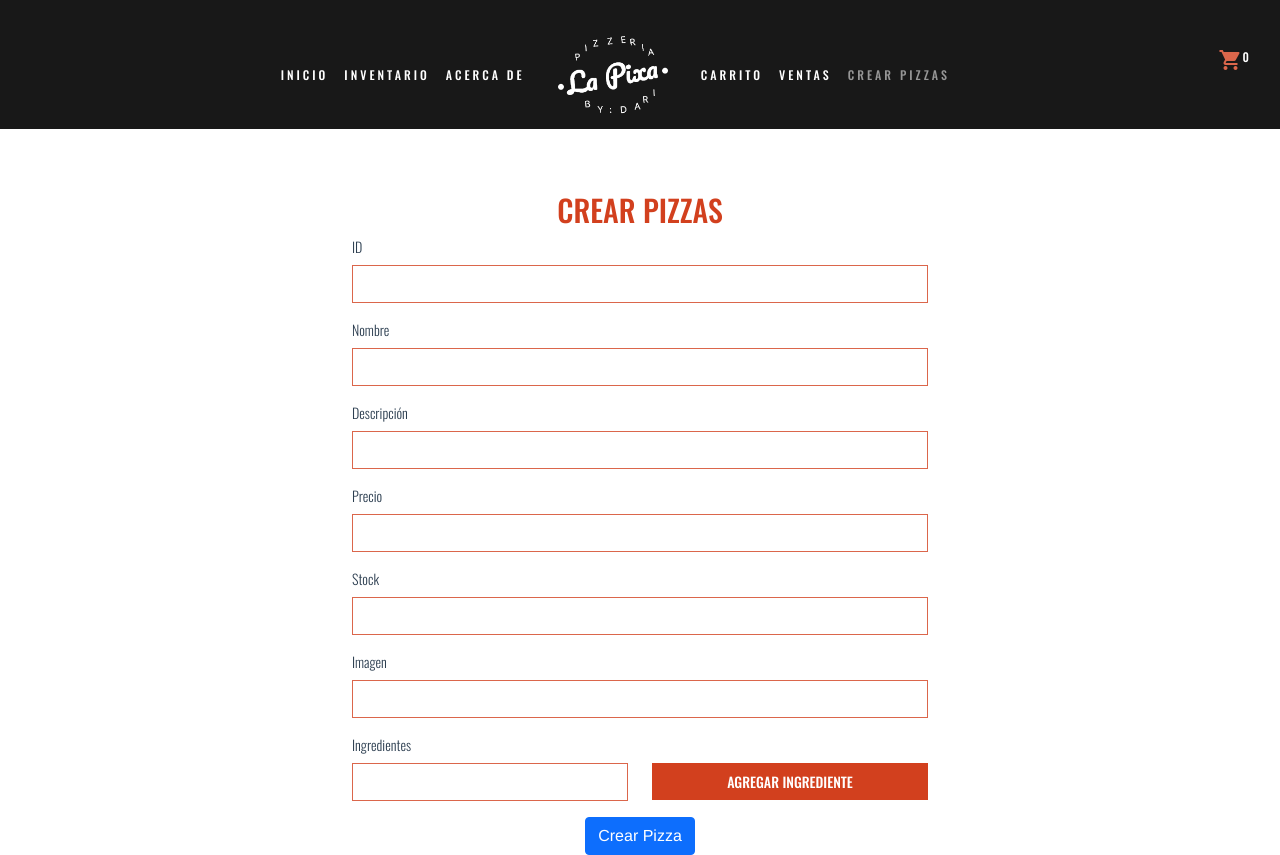
Repository: Darigo30/prueba-vue-dari-pizza
Page: /crearPizzas
An editor plug-in stored every save of this project. The page is shown before and after the next save, followed by the edit.
The browser window is 1280 px wide. The pictures show the whole page.
The project was rebuilt for these pictures with package versions that can differ from the ones it lists, and the page was loaded fresh each time. Also part of the build but not shown: src/views/Home.vue.

Above is the page before, as saved 2021-05-23 22:52:59.

### public/index.html
<!DOCTYPE html>
<html lang="">
  <head>
    <meta charset="utf-8">
    <meta http-equiv="X-UA-Compatible" content="IE=edge">
    <meta name="viewport" content="width=device-width,initial-scale=1.0">
    <link rel="icon" href="<%= BASE_URL %>favicon.ico">
    <link href="https://cdn.jsdelivr.net/npm/bootstrap@5.0.0/dist/css/bootstrap.min.css" rel="stylesheet" integrity="sha384-wEmeIV1mKuiNpC+IOBjI7aAzPcEZeedi5yW5f2yOq55WWLwNGmvvx4Um1vskeMj0" crossorigin="anonymous">
    <link href="https://fonts.googleapis.com/icon?family=Material+Icons"
      rel="stylesheet">
      <link rel="preconnect" href="https://fonts.gstatic.com">
      <link href="https://fonts.googleapis.com/css2?family=Oswald:wght@300;500&display=swap" rel="stylesheet">
    <title>Pizzeria La Pixa</title>
  </head>
  <body>
    <noscript>
      <strong>We're sorry but doesn't work properly without JavaScript enabled. Please enable it to continue.</strong>
    </noscript>
    <div id="app"></div>
    <script src="https://cdn.jsdelivr.net/npm/bootstrap@5.0.0/dist/js/bootstrap.bundle.min.js" integrity="sha384-p34f1UUtsS3wqzfto5wAAmdvj+osOnFyQFpp4Ua3gs/ZVWx6oOypYoCJhGGScy+8" crossorigin="anonymous"></script>
    <!-- built files will be auto injected -->
  </body>
</html>

### src/main.js
import Vue from "vue";
import App from "./App.vue";
import router from "./router";
import store from "./store";
import firebase from "firebase";



Vue.config.productionTip = false;


new Vue({
  router,
  store,
  firebase,
  render: (h) => h(App),
}).$mount("#app");

### src/App.vue
<template>
  <div id="app">
    <Nav />
    <router-view />
  </div>
</template>

<script>
import Nav from "@/components/Nav.vue";
import { mapActions } from "vuex";

export default {
  name: "App",
  components: {
    Nav,
  },
  methods: {
    ...mapActions(["getData", "setDataPizzasDb"]),
  },
  created() {
    this.getData();
    this.setDataPizzasDb();
  },
};
</script>

<style lang="scss">
#app {
  font-family: Avenir, Helvetica, Arial, sans-serif;
  -webkit-font-smoothing: antialiased;
  -moz-osx-font-smoothing: grayscale;
  text-align: center;
  color: #2c3e50;
}
</style>

### src/router/index.js
import Vue from "vue";
import VueRouter from "vue-router";
import Home from "../views/Home.vue";

Vue.use(VueRouter);

const routes = [
  {
    path: "/",
    name: "Home",
    component: Home,
  },
  {
    path: "/inventario",
    name: "Inventario",
    component: () =>
      import(/* webpackChunkName: "inventario" */ "../views/Inventario.vue"),
  },
  {
    path: "/ventas",
    name: "Ventas",
    component: () =>
      import(/* webpackChunkName: "ventas" */ "../views/Ventas.vue"),
  },
  {
    path: "/carrito",
    name: "Carrito",
    component: () =>
      import(/* webpackChunkName: "carrito" */ "../views/Carrito.vue"),
  },
  {
    path: "*",
    name: "error404",
    component: () =>
      import(/* webpackChunkName: "error404" */ "../views/error404.vue"),
  },
  {
    path: "/crearPizzas",
    name: "CrearPizzas",
    component: () =>
      import(/* webpackChunkName: "crearPizzas" */ "../views/CrearPizzas.vue"),
  },
  // {
  //   path: "/about",
  //   name: "About",
  // route level code-splitting
  // this generates a separate chunk (about.[hash].js) for this route
  // which is lazy-loaded when the route is visited.
  //   component: () =>
  //     import(/* webpackChunkName: "about" */ "../views/About.vue"),
  // },
];

const router = new VueRouter({
  mode: "history",
  base: process.env.BASE_URL,
  routes,
});

export default router;

### src/store/index.js
import Vue from "vue";
import Vuex from "vuex";
//import axios from "axios";

import { db } from "../../firebase";

Vue.use(Vuex);

export default new Vuex.Store({
  state: {
    productos: [],
    carrito: [],
    ventas: [],
  },
  getters: {
    cantidadCarrito(state) {
      return state.carrito.length;
    },
    productosFiltrados(state) {
      const productos = state.productos.filter((pizza) => pizza.stock > 0);
      return !productos ? [] : productos;
    },
    totalCarrito(state) {
      const carrito = state.carrito;
      if (carrito.length === 0) return 0;
      const suma = carrito.reduce((acc, x) => acc + x.subtotal, 0);
      return suma;
    },
  },
  mutations: {
    cargarData(state, payload) {
      state.productos = payload;
    },
    agregarPizza(state, payload) {
      const agregar = payload.id;
      const cantidad = 1;
      const nombre = payload.nombre;
      const precio = payload.precio;
      const subtotal = precio * cantidad;

      const finder = state.carrito.find((obj) => obj.id === agregar);

      if (!finder) {
        const obj = {
          id: agregar,
          cantidad,
          nombre,
          precio,
          subtotal,
        };
        state.carrito.push(obj);
      } else {
        finder.cantidad = cantidad + finder.cantidad;
        finder.subtotal = finder.cantidad * precio;
      }
    },
    comprar(state) {
      const respuesta = confirm("¿Quieres comprar ahora?");
      if (respuesta) {
        const venta = state.carrito.map((obj) => {
          const obj2 = {
            id: obj.id,
            nombre: obj.nombre,
            precioSubtotal: obj.subtotal,
            cantidadVendida: obj.cantidad,
          };
           return obj2;
        });
        venta.forEach((producto) => {
          const ventarec = producto;
          const finder = state.ventas.find((obj) => obj.id === ventarec.id);

          if (!finder) {
            state.ventas.push(ventarec);
          } else {
            state.ventas = state.ventas.map((vend) => {
              const obj3 = {
                id: vend.id,
                nombre: vend.nombre,
                precioSubtotal: vend.id === ventarec.id ? vend.precioSubtotal + ventarec.precioSubtotal : vend.precioSubtotal,
                cantidadVendida: vend.id === ventarec.id ? vend.cantidadVendida + ventarec.cantidadVendida : vend.cantidadVendida,
              };
               return obj3;
            });
          }

        });
        state.carrito.forEach((el) => {
        state.productos = state.productos.map((resta) => {
            const obj4 = {
              desc: resta.desc,
              id: resta.id,
              img: resta.img,
              ing: resta.ing,
              name: resta.name,
              price: resta.price,
              stock: el.id === resta.id ? resta.stock - el.cantidad : resta.stock ,
            };
            return obj4;
          })
        });
      state.carrito = [];
      }
    },
    //guardar pizzas de API inicial en colleccion de firebase
    guardarPizzasEnDB(state) {
      console.log(state);
      /*setTimeout(() => {
        try {
          const productos = state.productos;
          console.log(productos);
          productos.forEach(async (producto) => {
            await db.collection("pizzas").add(producto);
          });
        } catch (error) {
          console.log(error);
        }
      }, 2000);*/
    },
    agregarNuevaPizza(state, payload) {
      const existe = state.productos.find((pizza) => pizza.id === payload.id);
      // Si no existe ingresar a la base de datos.
      if (!existe) state.productos.push(payload);
    },
  },
  actions: {
    async getData({ commit }) {
      // const url =
      //   "https://us-central1-apis-varias-mias.cloudfunctions.net/pizzeria";
      try {
        // const req = await axios(url);
        // const pizzas = req.data;
        // const pizzasStock = pizzas.map((obj) => {
        //   obj.stock = 10;
        //   return obj;
        // });
        const pizzasStock = [];
        const fire = await db.collection("pizzas");
        fire.get()
        .then((querySnapshot) => {
            querySnapshot.forEach((doc) => {
                pizzasStock.push(doc.data());
                console.log(doc.id, " => ", doc.data());
            });
        })
        commit("cargarData", pizzasStock);
      } catch (error) {
        console.log(error);
      }
    },
    async setDataPizzasDb({ commit }){
      commit("guardarPizzasEnDB");
    },
    async crearNuevaPizza({ commit, state }, payload) {
      const pizza = payload;
      if (!pizza) return;

      //Validar si existe una pizza con el mismo ID

      const verificarId = state.productos.filter(pizza =>  pizza.id === payload.id);
      if(verificarId.length !== 0){
        alert("ya existe un ID con ese producto", verificarId);
        console.log(verificarId);
        return;
      }


      // Actualizar el state
      commit("agregarNuevaPizza", pizza);
      // Actualizar Firebase
      // Preguntar si el ID existe en Firebase: (TAREA)
      // try {
      //   const req = await db.collection("pizza").get();
      //   req.docs.forEach(obj => {
      //     const pizzaFirebase = obj.data();
      //     const idFirebase = pizzaFirebase.id;

      //     // Tiene un problema: ¿Cuál es? (Tarea)
      //     if (idFirebase === pizza.id) return;
      //     await db.collection("pizzas").add(pizza);
      //   })
      // } catch (error) {
      //   console.log(error);
      // }
      await db.collection("pizzas").add(pizza);
    },
    async borrarPizzas({ commit, state }, payload) {
      commit("");

      //Me borra la fila completa

      let borradoFila = state.productos.filter(fila => fila.id != payload );
      state.productos = borradoFila;

      // Borra en Firestore

      let collectionRef = db.collection("pizzas");
      collectionRef.where("id", "==", payload)
      .get()
      .then(querySnapshot => {
        querySnapshot.forEach((doc) => {
          doc.ref.delete().then(() => {
            console.log("el doc fue borrado");
          }).catch(function(error) {
            console.error("ha ocurrido un error al borrar: ", error);
          });
        });
      })
      .catch(function(error) {
        console.log("Error al obtener el documento: ", error);
      });
    }
  },
});

### src/components/Nav.vue
<template>
  <nav class="navbar navbar-expand-lg navbar-dark bg-dark">
    <div class="container-fluid">
      <!-- <a class="navbar-brand" href="#">Navbar</a> -->

      <button
        class="navbar-toggler"
        type="button"
        data-bs-toggle="collapse"
        data-bs-target="#navbarNav"
        aria-controls="navbarNav"
        aria-expanded="false"
        aria-label="Toggle navigation"
      >
        <span class="navbar-toggler-icon"></span>
      </button>

      <div class="collapse navbar-collapse" id="navbarNav">
        <ul class="navbar-nav">
          <li class="nav-item">
            <router-link class="nav-link text-white" to="/">Inicio</router-link>
          </li>
          <li class="nav-item">
            <router-link class="nav-link text-white" to="/inventario"
              >Inventario</router-link
            >
          </li>
          <li class="nav-item">
            <router-link class="nav-link text-white" to="#"
              >Acerca de</router-link
            >
          </li>
           <router-link class="navbar-brand" to="/"><img class="logo-lapizza" src="../assets/logo-pizza.png"></router-link>
          <li class="nav-item">
            <router-link class="nav-link text-white" to="/carrito">Carrito</router-link>
          </li>
          <li class="nav-item">
            <router-link class="nav-link text-white" to="/ventas">Ventas</router-link>
          </li>
          <li class="nav-item">
            <router-link class="nav-link crearpi" to="/crearPizzas">Crear Pizzas</router-link>
          </li>
        </ul>
      </div>
      <div class="carrito-top">
        <div @click="$router.push('/carrito')" class="carrito-icono"></div>
        <p class="nav-item text-white me-3 num-car">{{ cantidadCarrito }}</p>
      </div>


    </div>
  </nav>
</template>

<script>
import { mapGetters } from "vuex";

export default {
  name: "Nav",
  computed: {
    ...mapGetters(["cantidadCarrito"]),
  },
};
</script>

<style lang="scss" scoped>
.carrito-icono {
  width: 24px;
  height: 24px;
  line-height: 24px;
  cursor: pointer;

  &::before {
    content: "shopping_cart";
    font-family: "Material Icons";
    font-size: 1.5rem;
    color: #db664b;
  }
}
nav {
  position: fixed;
  width: 100%;
  z-index: 2;
}
.logo-lapizza{
  width: 100%;
  max-width: 110px;
}
.navbar-expand-lg .navbar-collapse{
  justify-content: center;
  margin: 20px 0 0;
  padding: 0 15px;
}
.navbar-nav{
      flex-direction: row;
    justify-content: center;
    align-content: center;
    align-items: center;
}
.navbar-brand{
  margin: 0 25px;
}
.bg-dark {
    background-color: #181818 !important;
    }
.navbar-expand-lg .navbar-nav .nav-link, .num-car{
  text-transform: uppercase;
  font-size: 12px;
  letter-spacing: 3px;
  font-family: 'Oswald', sans-serif;
  }
.carrito-top{
  display: flex;
}
.crearpi{
      color: #db664b;
}

</style>

### src/views/CrearPizzas.vue
<template>
  <div class="container">
    <div class="row cont">
      <div class="col-12">
        <h1 class="padd-t">Crear Pizzas</h1>

          <div class="mb-3 text-start">
            <label class="form-label descrip">ID</label>
            <input type="text" class="form-control bord-fo" v-model="pizza.id" />
          </div>
          <div class="mb-3 text-start">
            <label class="form-label descrip">Nombre</label>
            <input type="text" class="form-control bord-fo" v-model="pizza.name" />
          </div>
          <div class="mb-3 text-start">
            <label class="form-label descrip">Descripción</label>
            <input type="text" class="form-control bord-fo" v-model="pizza.desc" />
          </div>
          <div class="mb-3 text-start">
            <label class="form-label descrip">Precio</label>
            <input type="text" class="form-control bord-fo" v-model="pizza.price" />
          </div>
          <div class="mb-3 text-start">
            <label class="form-label descrip">Stock</label>
            <input type="text" class="form-control bord-fo" v-model="pizza.stock" />
          </div>
          <div class="mb-3 text-start">
            <label class="form-label descrip">Imagen</label>
            <input type="text" class="form-control bord-fo" v-model="pizza.img" />
          </div>
          <div class="mb-3 text-start">
            <label class="form-label descrip">Ingredientes</label>
            <div class="row">
                <div class="col-sm-6">
                    <input type="text"  v-model="ingrediente" class="form-control bord-fo" />
                </div>
                <div class="col-sm-6">
                    <button @click="agregarIngrediente(ingrediente)" class="btn btn-primary w-100 btn-agre">Agregar Ingrediente</button>
                </div>
            </div>
            <div v-if="pizza.ing.length > 0">
                <ul v-for="datos in pizza.ing" :key="datos.ing">
                    {{ datos.name }}
                </ul>
            </div>
          </div>

        <button @click="crearPizza" class="btn btn-primary">Crear Pizza</button>
      </div>
    </div>
  </div>
</template>

<script>
import { mapActions } from "vuex";
export default {
  name: "Crear",
  data() {
    return {
    ingrediente: null,
      pizza: {
        id: "",
        name: "",
        desc: "",
        price: "",
        stock: "",
        img: "",
        ing: [],
      },
    };
  },
  methods: {
    ...mapActions(["crearNuevaPizza"]),
    crearPizza() {
      const pizza = this.pizza;
      if (!pizza.id || !pizza.name || !pizza.desc || !pizza.price || !pizza.stock || !pizza.img || !pizza.ing) return;
      this.crearNuevaPizza(pizza);
    },
    agregarIngrediente(ing){
        this.pizza.ing.push({
            name: ing
        });
    }
  },
};
</script>
<style scoped>
h1{
    font-family: 'Oswald', sans-serif;
    font-size: 30px;
    text-transform: uppercase;
    color: #303030;
    font-weight: 500;
    color: #d2401e;
  }
    .padd-t{
        margin-top: 12rem ;
    }
    .cont{
        width: 600px;
        margin: 0 auto;
    }
    .bord-fo{
        border: 1px solid #db664b;
        border-radius: 0px;
    }
    .btn-agre{
        color: #fff;
        background-color: #d2401e;
        font-family: 'Oswald', sans-serif;
        font-size: 14px;
        border-radius: 0px;
        text-transform: uppercase;
        border: none;
        padding: 8px;
    }
    .descrip {
    font-family: 'Oswald', sans-serif;
    font-size: 14px;
    font-weight: 300;
}

</style>

### firebase.js
// For Firebase JS SDK v7.20.0 and later, measurementId is optional
import firebase from "firebase";

const firebaseConfig = {
    apiKey: "AIzaSyDtWD7T_jkypJfm0HzDkZ7YDyLFE20edJ0",
    authDomain: "pizzeria-37b52.firebaseapp.com",
    projectId: "pizzeria-37b52",
    storageBucket: "pizzeria-37b52.appspot.com",
    messagingSenderId: "965355399653",
    appId: "1:965355399653:web:ba0bb2b3e531f99c7ce70c",
    measurementId: "G-8N9HY3NJ7J"
  };
  firebase.initializeApp(firebaseConfig);

  const db = firebase.firestore();

  export { firebaseConfig , db }

After the next save:
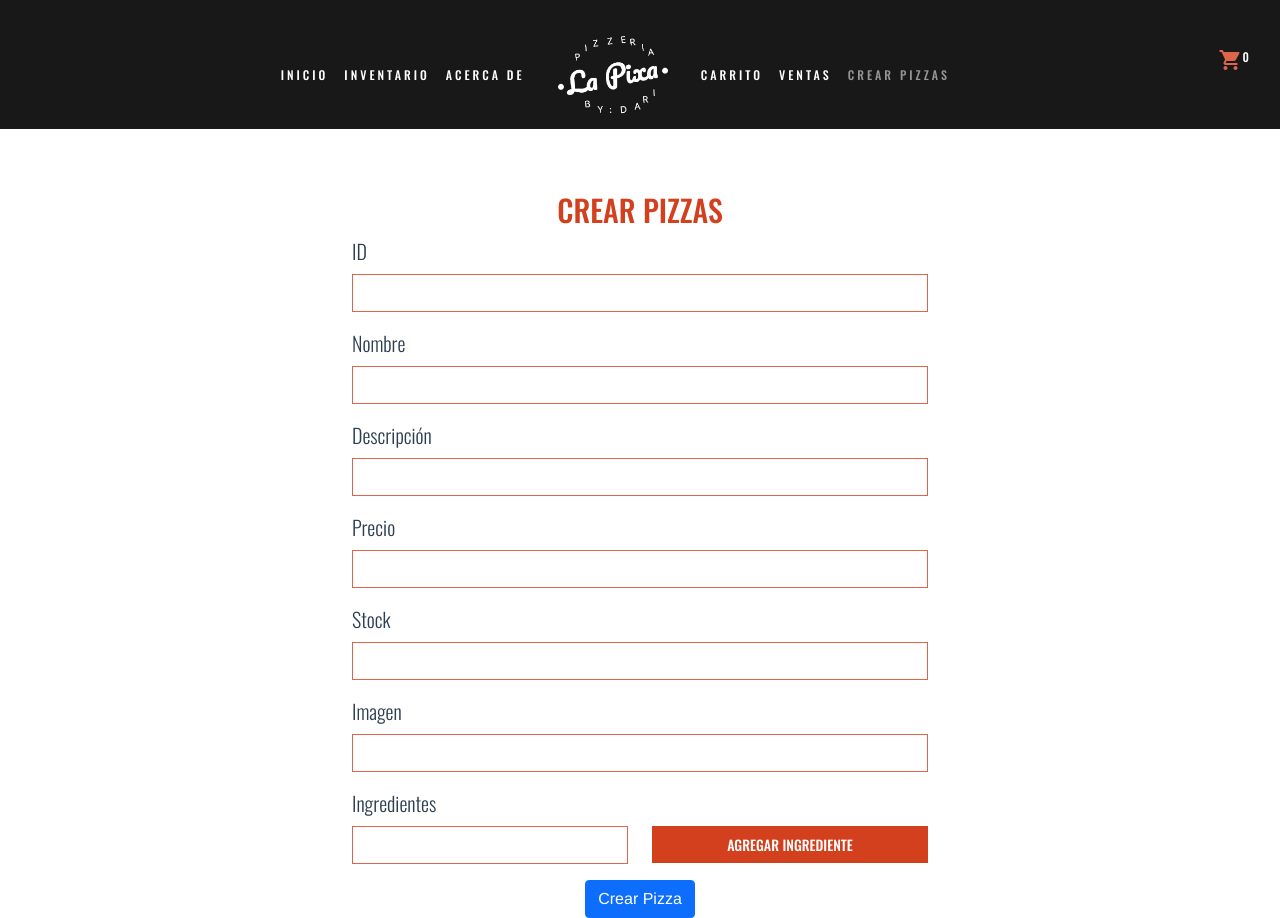
Saved 21 s later.
--- a/src/views/CrearPizzas.vue
+++ b/src/views/CrearPizzas.vue
@@ -116,7 +116,7 @@ h1{
     }
     .descrip {
     font-family: 'Oswald', sans-serif;
-    font-size: 14px;
+    font-size: 20px;
     font-weight: 300;
 }
 
